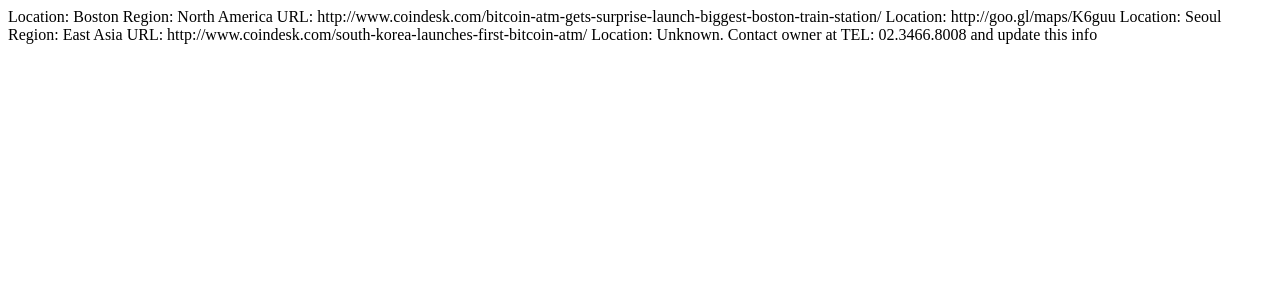
Repository: bitcoinmeetups/bitcoinmeetups.github.com
Page: BitcoinATMS.html
The author's editor kept a record of every edit. The page is drawn from the files as they stood at one moment, then again after the next edit.
The browser window is 1280 px wide. The pictures show the whole page.

Above is the page before.

### BitcoinATMS.html
Location: Boston
Region: North America
URL: http://www.coindesk.com/bitcoin-atm-gets-surprise-launch-biggest-boston-train-station/
Location: http://goo.gl/maps/K6guu

Location: Seoul
Region: East Asia
URL: http://www.coindesk.com/south-korea-launches-first-bitcoin-atm/
Location: Unknown. Contact owner at TEL: 02.3466.8008 and update this info

After the next edit:
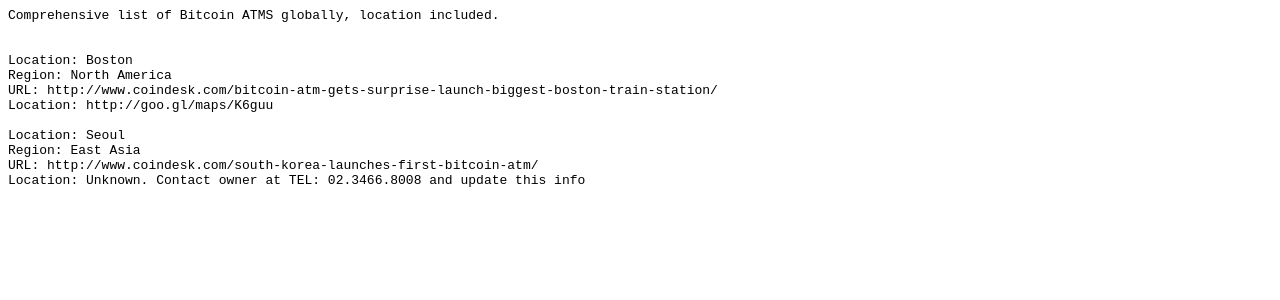
The edit:
--- a/BitcoinATMS.html
+++ b/BitcoinATMS.html
@@ -1,3 +1,7 @@
+<pre>
+Comprehensive list of Bitcoin ATMS globally, location included.
+
+
 Location: Boston
 Region: North America
 URL: http://www.coindesk.com/bitcoin-atm-gets-surprise-launch-biggest-boston-train-station/
